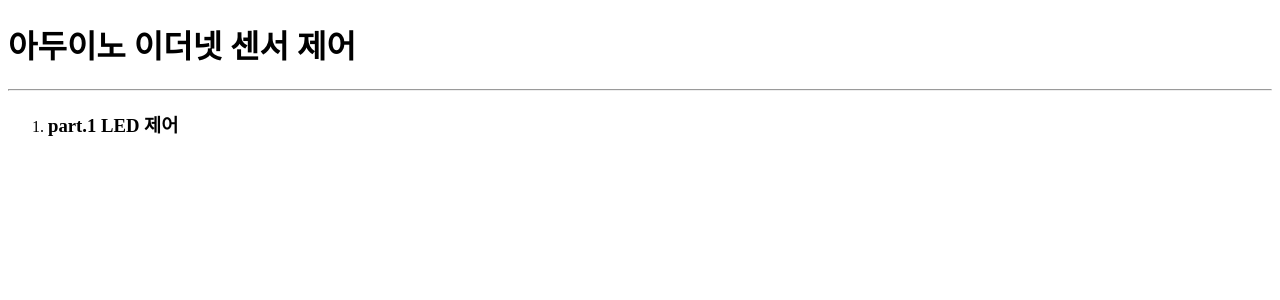
Repository: lafayetteey/WorkSpace_Arduino
Page: http://localhost/testArduino/
These files come from the project's save history. The page is drawn as it stood at one moment and after the next save; the edit follows.
The browser window is 1280 px wide. The pictures show the whole page.
The page is served by Tomcat 9.

Above is the page before, as saved 2020-08-04 01:48:15.

After the next save:
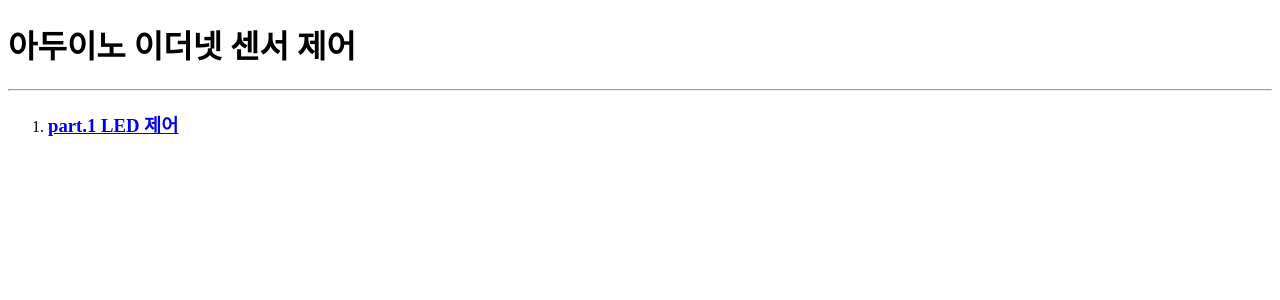
Saved 49 s later.
--- a/workspace_Arduino/testArduino/WebContent/index.jsp
+++ b/workspace_Arduino/testArduino/WebContent/index.jsp
@@ -10,7 +10,7 @@
 	<h1>아두이노 이더넷 센서 제어</h1>
 	<hr>
 	<ol>
-		<li><h3><a>part.1 LED 제어</a></h3></li>
+		<li><h3><a href="views/part1_LED_Controller.jsp">part.1 LED 제어</a></h3></li>
 	</ol>
 
 
